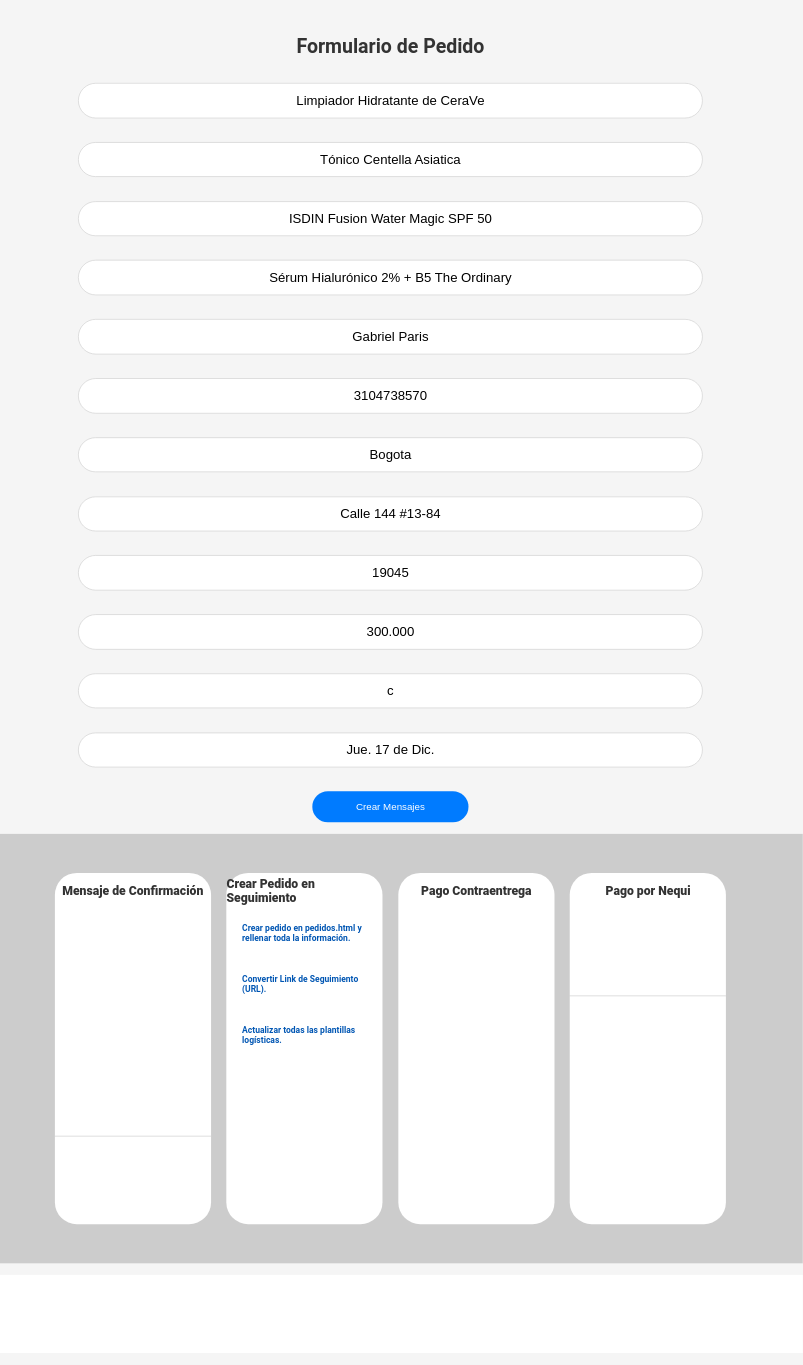
Repository: aCoupon0/intranet
Page: 1/venta-1.html
An editor plug-in stored every save of this project. The page is shown before and after the next save, followed by the edit.
The browser window is 1280 px wide. The page is 1316 px wide, so the pictures cover 1316 px, including what lies to the right of the window. The pictures show the whole page, at 61% of full size.

Above is the page before, as saved 2024-12-09 15:45:20.

After the next save:
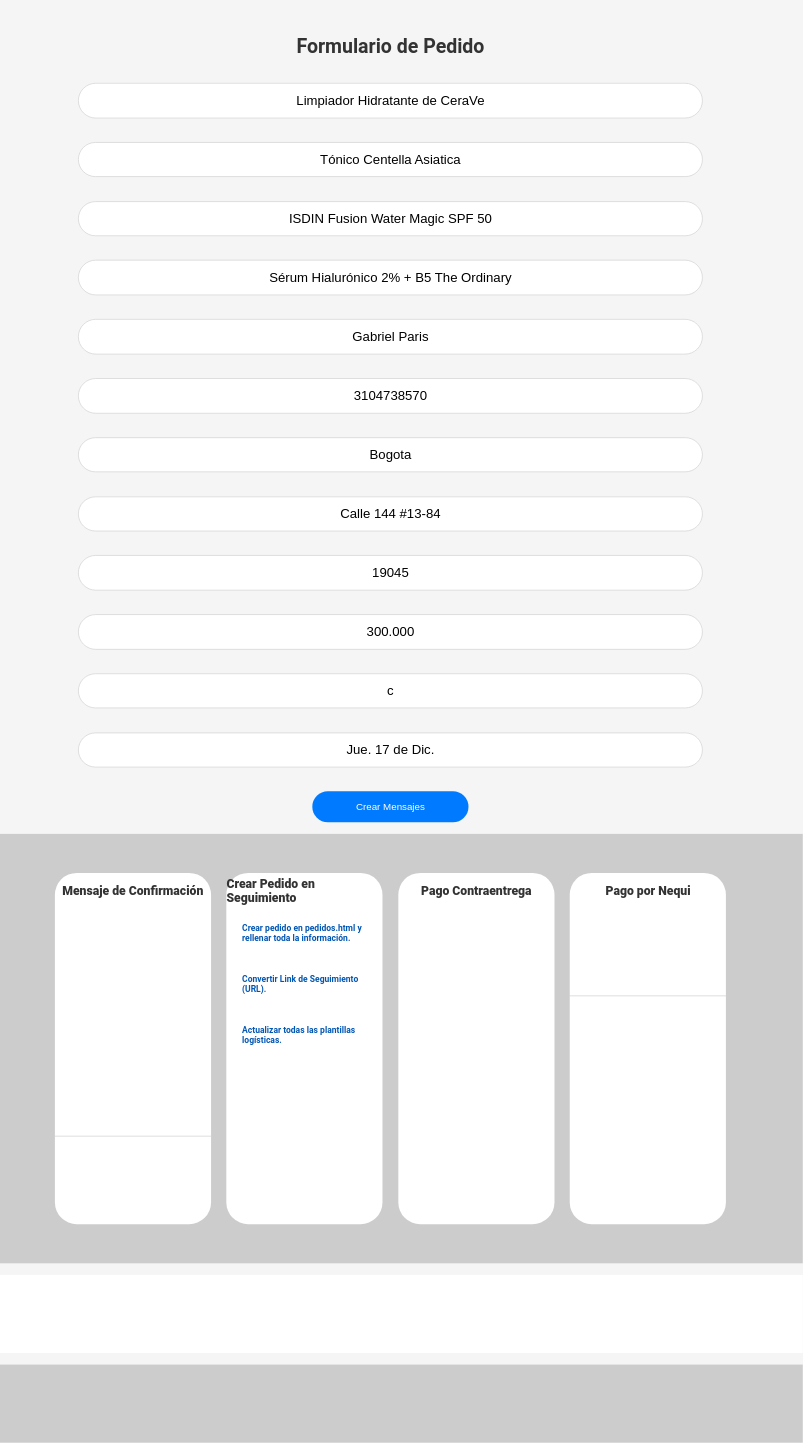
Saved 31 s later.
--- a/css/venta.css
+++ b/css/venta.css
@@ -207,3 +207,18 @@ input {
     color: #333; /* Color del texto */
     font-size: 30px;
 }
+
+
+
+
+.tercera-fase {
+    width: 100%;
+    height: auto;
+    padding: 5% 5vh 5% 5vh;
+    display: flex;
+    justify-content: center;
+    align-content: center;
+    background-color: #ccc;
+    flex-direction: row;
+    gap: 2%;
+}

After the save that followed:
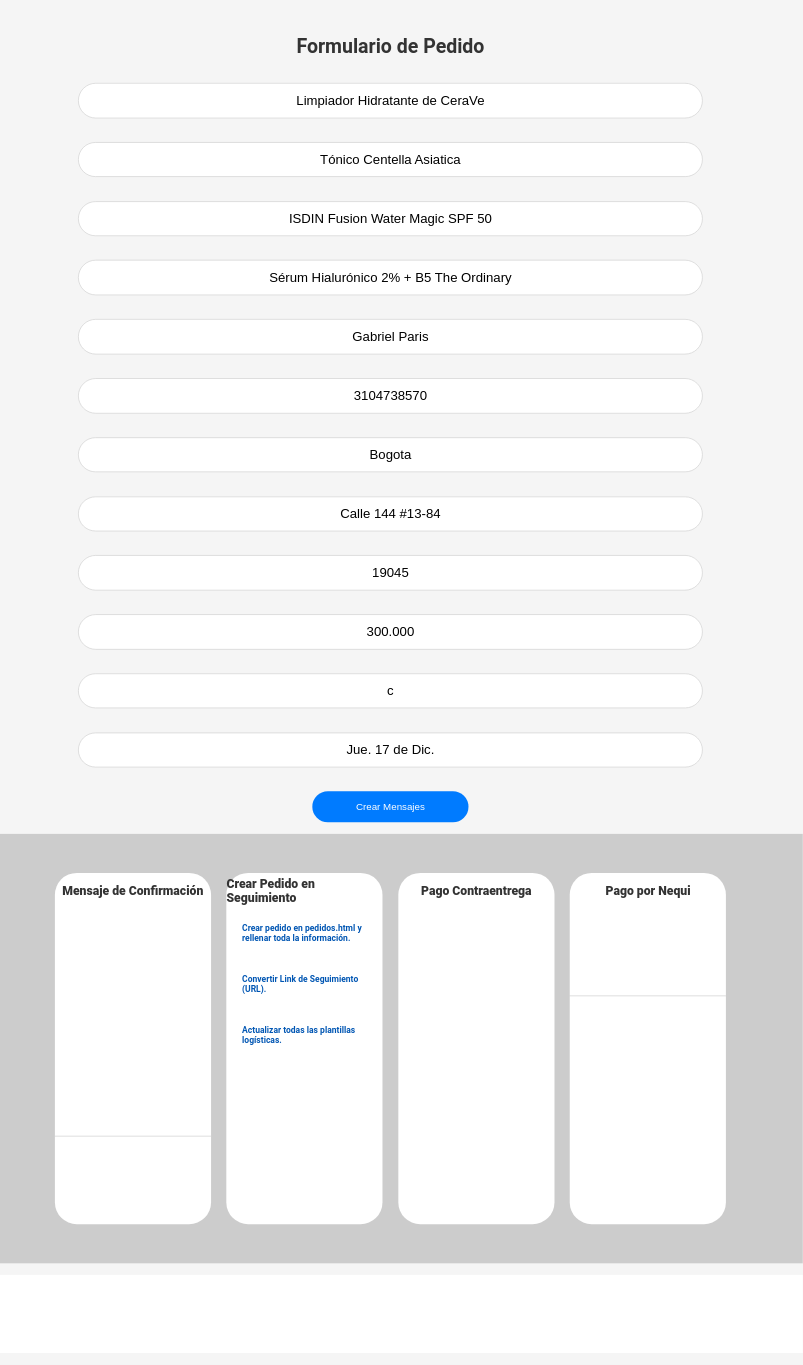
Saved 78 s later.
--- a/css/venta.css
+++ b/css/venta.css
@@ -214,11 +214,16 @@ input {
 .tercera-fase {
     width: 100%;
     height: auto;
-    padding: 5% 5vh 5% 5vh;
     display: flex;
     justify-content: center;
     align-content: center;
+    flex-direction: row;
     background-color: #ccc;
     flex-direction: row;
     gap: 2%;
 }
+
+
+.tercera-fase-1 {
+    width: ;
+}
